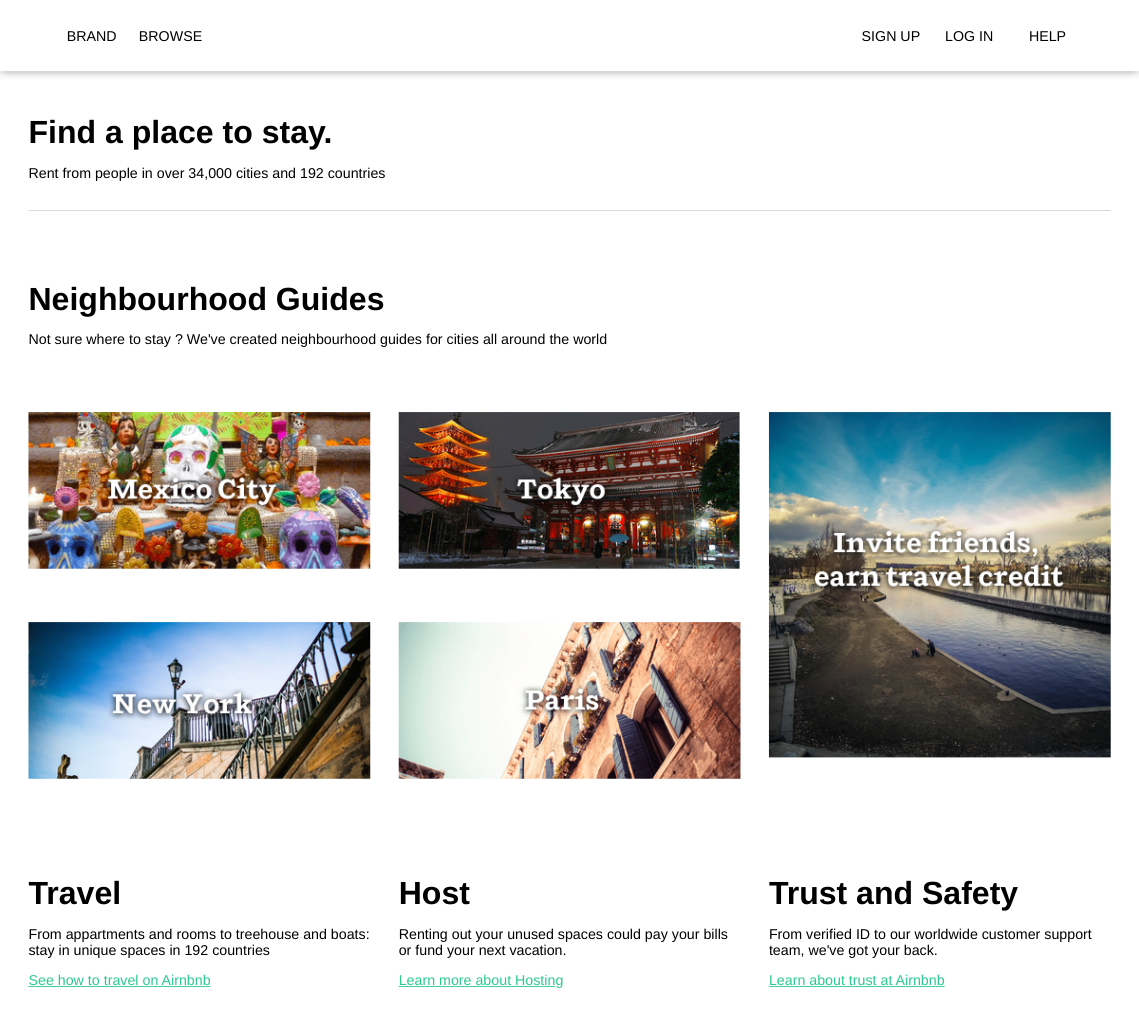
Repository: Naohonproject/web101x02-asm3
Page: Project3.html
The author's editor kept a copy of each file at every save. The page is drawn from the files as they stood at one save, then again after the next save.
The browser window is 1280 px wide. The pictures show the whole page, at 89% of full size.

Above is the page before, as saved 2022-01-22 15:38:35.

After the next save:
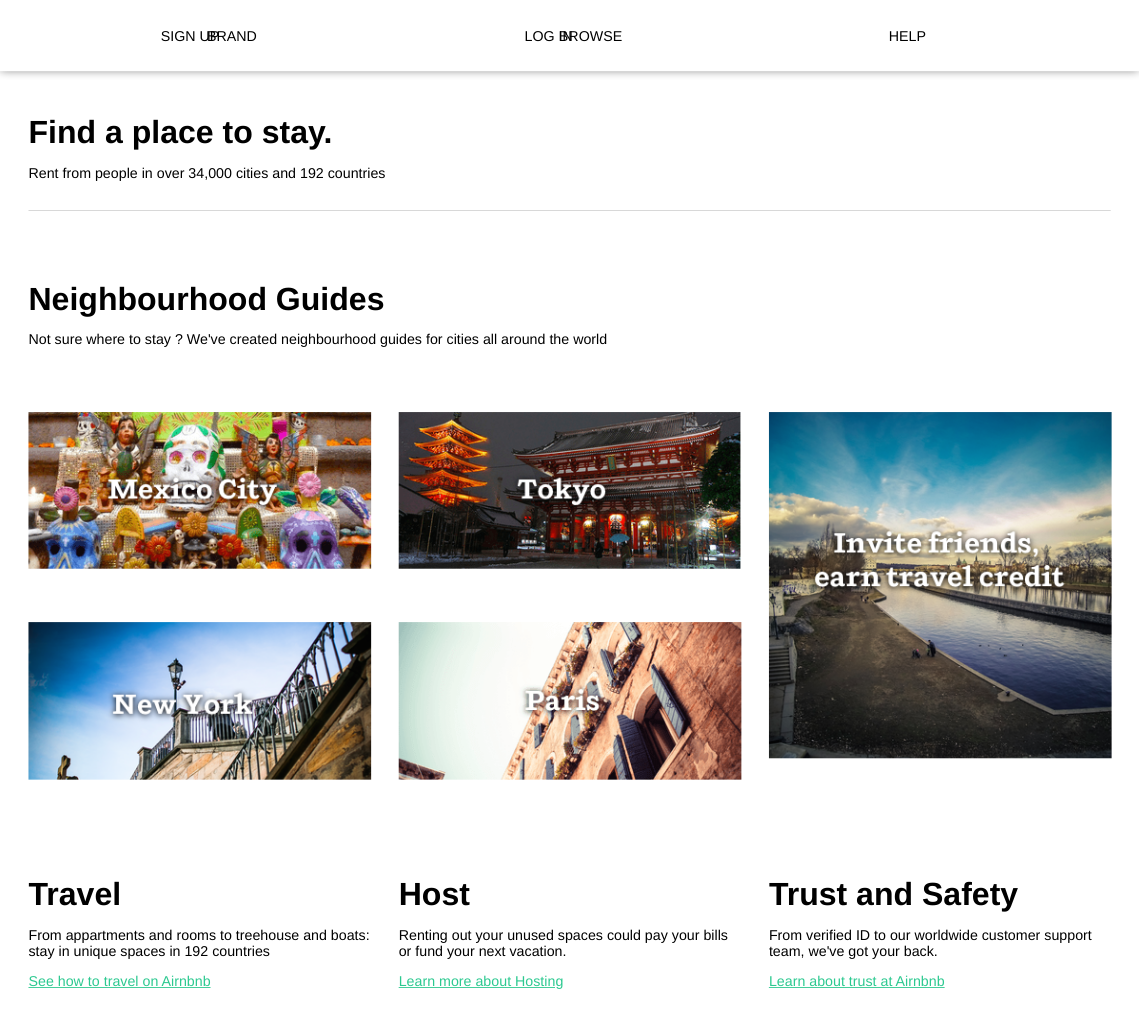
Saved 14 s later.
--- a/assets/css/style.css
+++ b/assets/css/style.css
@@ -13,6 +13,7 @@
 	list-style-type: none;
 	text-decoration: none;
 	color: #000;
+	min-width: 385px;
 }
 
 html {

After the save that followed:
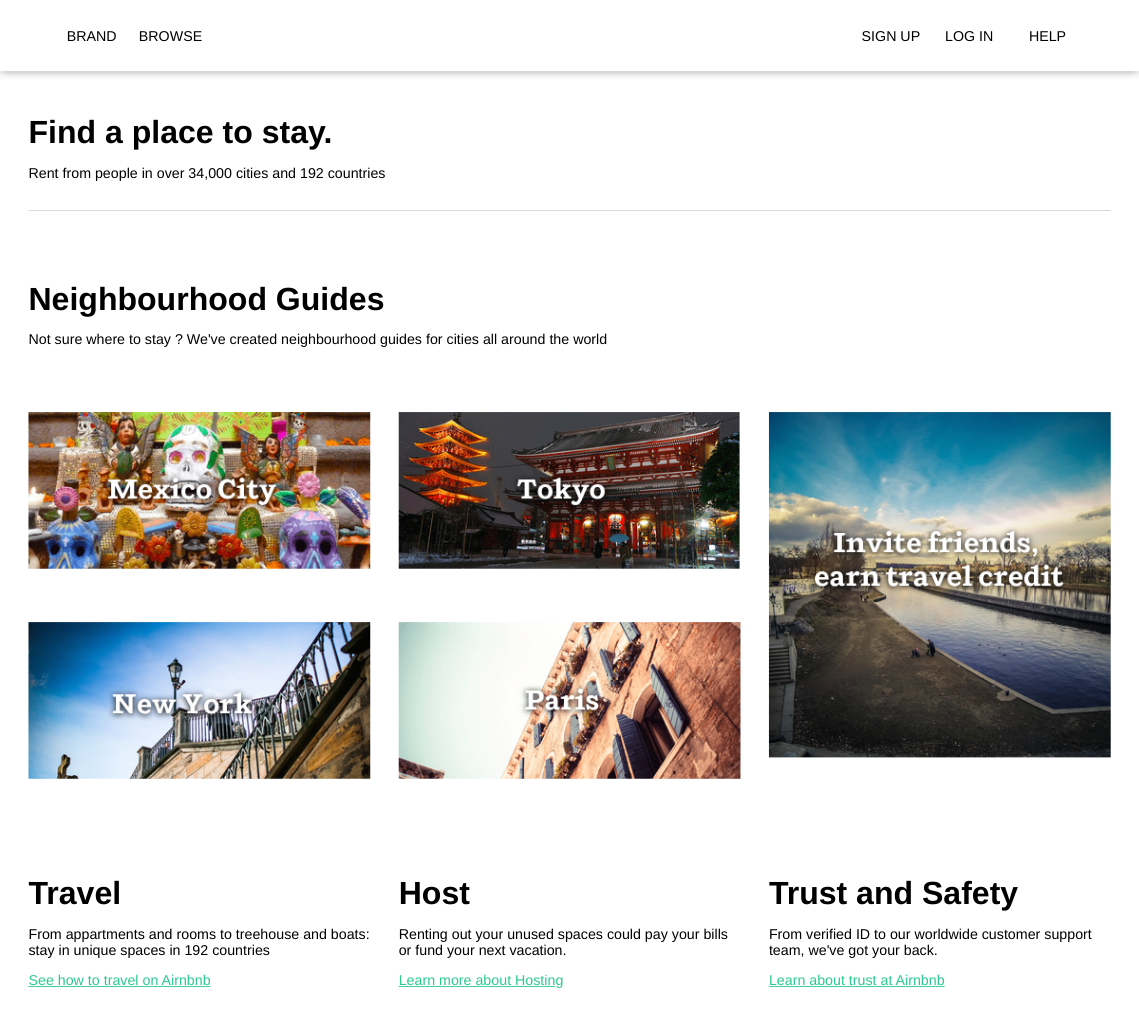
Saved 13 s later.
--- a/assets/css/style.css
+++ b/assets/css/style.css
@@ -13,7 +13,6 @@
 	list-style-type: none;
 	text-decoration: none;
 	color: #000;
-	min-width: 385px;
 }
 
 html {
